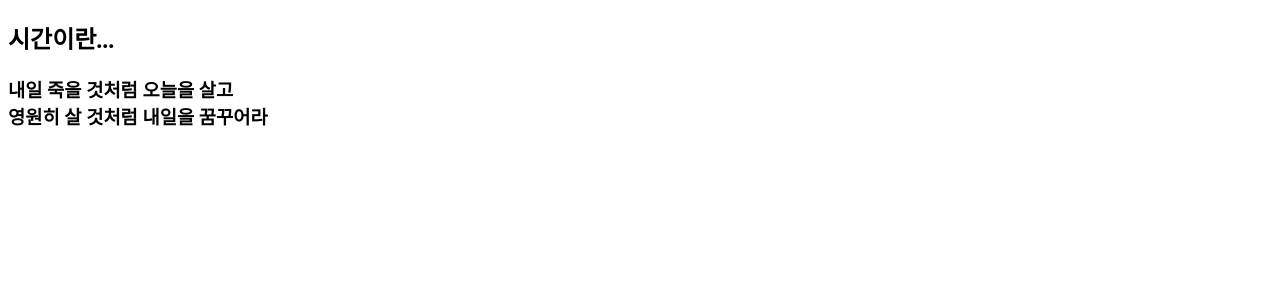
Repository: dbstjrals130/jspworks
Page: http://localhost/jwbook/time.jsp
The author's editor kept a copy of each file at every save. The page is drawn from the files as they stood at one save, then again after the next save.
The browser window is 1280 px wide. The pictures show the whole page.
The page is served by Tomcat 9.

Above is the page before, as saved 2023-11-20 02:56:42.

### jwbook/src/main/webapp/time.jsp
<%@ page language="java" contentType="text/html; charset=UTF-8"
    pageEncoding="UTF-8"%>
<!DOCTYPE html>
<html>
<head>
<meta charset="UTF-8">
<meta name="viewport" content="width=device-width, initial-scale=1.0">
<title>시간이란...</title>
</head>
<body>
	<div id="wrap">
		<h2>시간이란...</h2>
		<h3>내일 죽을 것처럼 오늘을 살고<br>
			영원히 살 것처럼 내일을 꿈꾸어라
		</h3>
	</div>
</body>
</html>

After the next save:
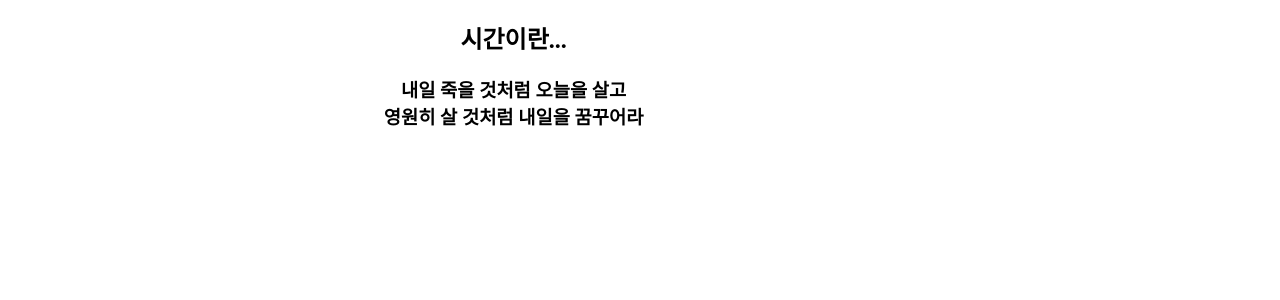
Saved 74 s later.
--- a/jwbook/src/main/webapp/time.jsp
+++ b/jwbook/src/main/webapp/time.jsp
@@ -6,13 +6,15 @@
 <meta charset="UTF-8">
 <meta name="viewport" content="width=device-width, initial-scale=1.0">
 <title>시간이란...</title>
+<style>
+	#wrap{width: 80%; margin; 0 auto; text-align: center}
+</style>
 </head>
 <body>
 	<div id="wrap">
 		<h2>시간이란...</h2>
 		<h3>내일 죽을 것처럼 오늘을 살고<br>
-			영원히 살 것처럼 내일을 꿈꾸어라
-		</h3>
+			영원히 살 것처럼 내일을 꿈꾸어라</h3>
 	</div>
 </body>
 </html>
